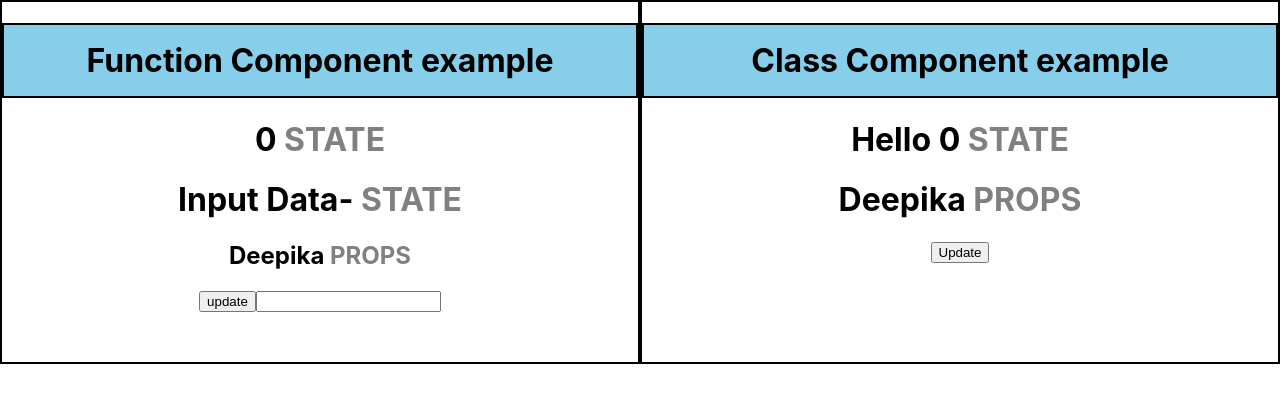
Repository: DeepikaSuretek/React
Page: / (app in practice-app/)
An editor plug-in stored every save of this project. The page is shown before and after the next save, followed by the edit.
The browser window is 1280 px wide. The pictures show the whole page.
The project was rebuilt for these pictures with package versions that can differ from the ones it lists, and the page was loaded fresh each time.

Above is the page before, as saved 2024-07-08 21:12:56.

After the next save:
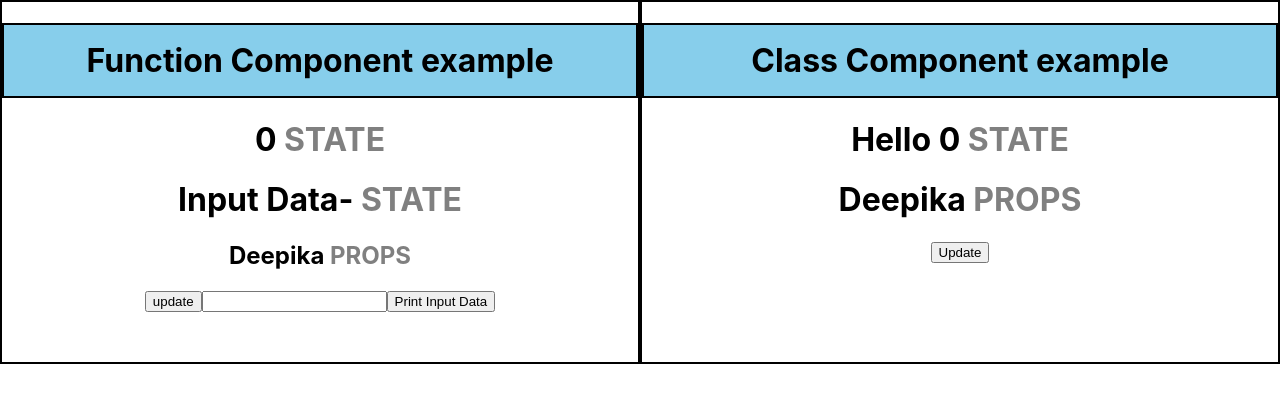
Saved 40 s later.
--- a/practice-app/src/functional-component/function.js
+++ b/practice-app/src/functional-component/function.js
@@ -16,6 +16,7 @@ function Fun(props) {
             <h2>{props.name}  <span className="highlight"> PROPS</span></h2>
             <button onClick={updateCount}>update</button>
             <input onChange={getData}></input>
+            <button onClick="()=>setPrint(true)">Print Input Data</button>
         </div>
 
     )
